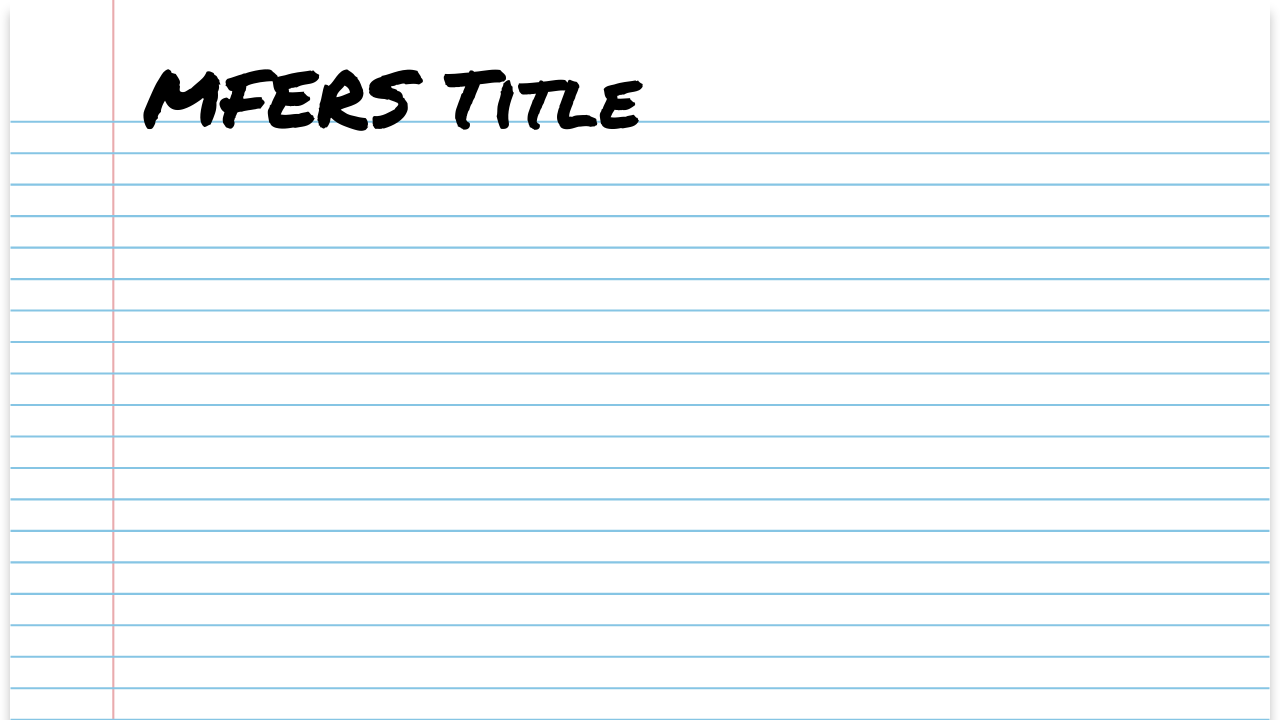
Repository: danishmahmoodawan/mfers
Page: /
An editor plug-in stored every save of this project. The page is shown before and after the next save, followed by the edit.
The browser window is 1280 px wide. The pictures show the whole page.
The project was rebuilt for these pictures with package versions that can differ from the ones it lists, and the page was loaded fresh each time.

Above is the page before, as saved 2022-04-05 21:45:11.

### public/index.html
<!DOCTYPE html>
<html lang="en">
  <head>
    <meta charset="utf-8" />
    <meta name="viewport" content="width=device-width, initial-scale=1" />
    <link rel="stylesheet" href="https://cdnjs.cloudflare.com/ajax/libs/twitter-bootstrap/4.6.0/css/bootstrap.min.css">
	<link rel="stylesheet" href="https://cdnjs.cloudflare.com/ajax/libs/font-awesome/5.15.4/css/all.min.css">
	<link rel="stylesheet" href="assets/css/style.css">
	<title>Mfers</title>
  </head>
  <body>
    <noscript>You need to enable JavaScript to run this app.</noscript>
    <div id="root"></div>
	<script src="https://cdnjs.cloudflare.com/ajax/libs/jquery/3.5.1/jquery.slim.min.js"></script>
	<script src="https://cdnjs.cloudflare.com/ajax/libs/popper.js/1.16.1/umd/popper.min.js"></script>
	<script src="https://cdnjs.cloudflare.com/ajax/libs/twitter-bootstrap/4.6.0/js/bootstrap.min.js"></script>
  </body>
</html>

### src/pages/Home.js

import { useState, useEffect } from 'react';
function Home() {

  return (
   <>
	<section class="first_section">
	<div class="container">
		<div class="row mt-5 mb-5">
			<div class="col-sm-12 col-md-6 col-lg-8 text-left">
					<h1>MFERS Title</h1>
				</div>

				</div>
				</div>

</section>
<section>

    </section>
   	</>
  );
}

export default Home;

### public/assets/css/style.css

@font-face {
    font-family: 'Permanent-Marker';
    src: url('../fonts/PermanentMarker-Regular.ttf');
}
body{
    background: white;
    background-image: url('../images/bg-web.svg');
    background-repeat: no-repeat;
    background-size: cover;
}
h1{
    font-family: 'Permanent-Marker';
    font-size: 80px;
    color: #000;
}
@media screen and (max-width: 1220px) and (min-width: 992px) {
    .col_img img, .box_image img{
        width: 300px !important;
    }

}
@media only screen and (min-width: 1220px) {
.container{
margin-left: 10%;
margin-right: 10%;
}
}
@media screen and (max-width: 1200px) and (min-width: 993px) {

h1{
    font-size: 46px;
}
}
@media screen and (max-width: 1499px) and (min-width: 1200px) {

h1{
    font-size: 80px;
}
}

@media only screen and (max-width: 1024px) and (min-width: 768px) {
}
  @media only screen and (max-width: 767px) {
    h1{
        font-size: 30px;
    }

}

Loaded but not shown: src/index.js (common file); src/index.css (common file); src/App.js (common file); src/reportWebVitals.js (common file)

After the next save:
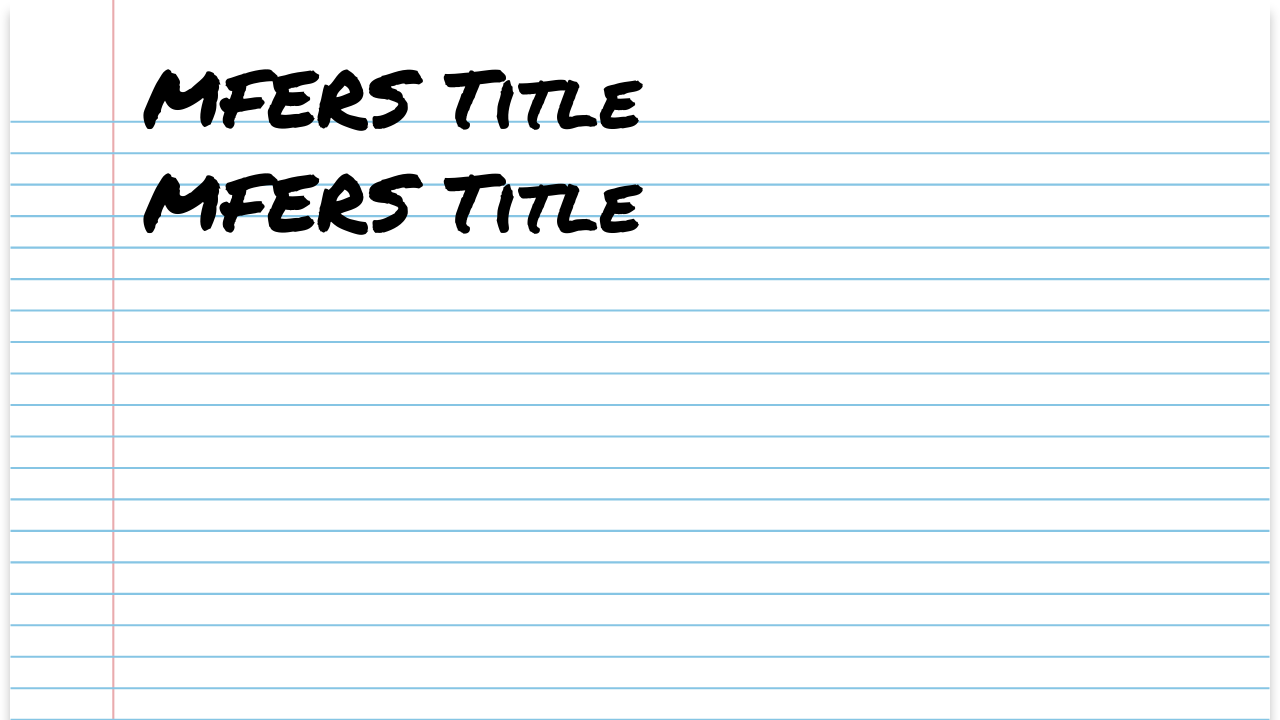
Saved 5 s later.
--- a/src/pages/Home.js
+++ b/src/pages/Home.js
@@ -8,6 +8,9 @@
 	<div class="container">
 		<div class="row mt-5 mb-5">
 			<div class="col-sm-12 col-md-6 col-lg-8 text-left">
+					<h1>MFERS Title</h1>
+				</div>
+                <div class="col-sm-12 col-md-6 col-lg-8 text-left">
 					<h1>MFERS Title</h1>
 				</div>
 
